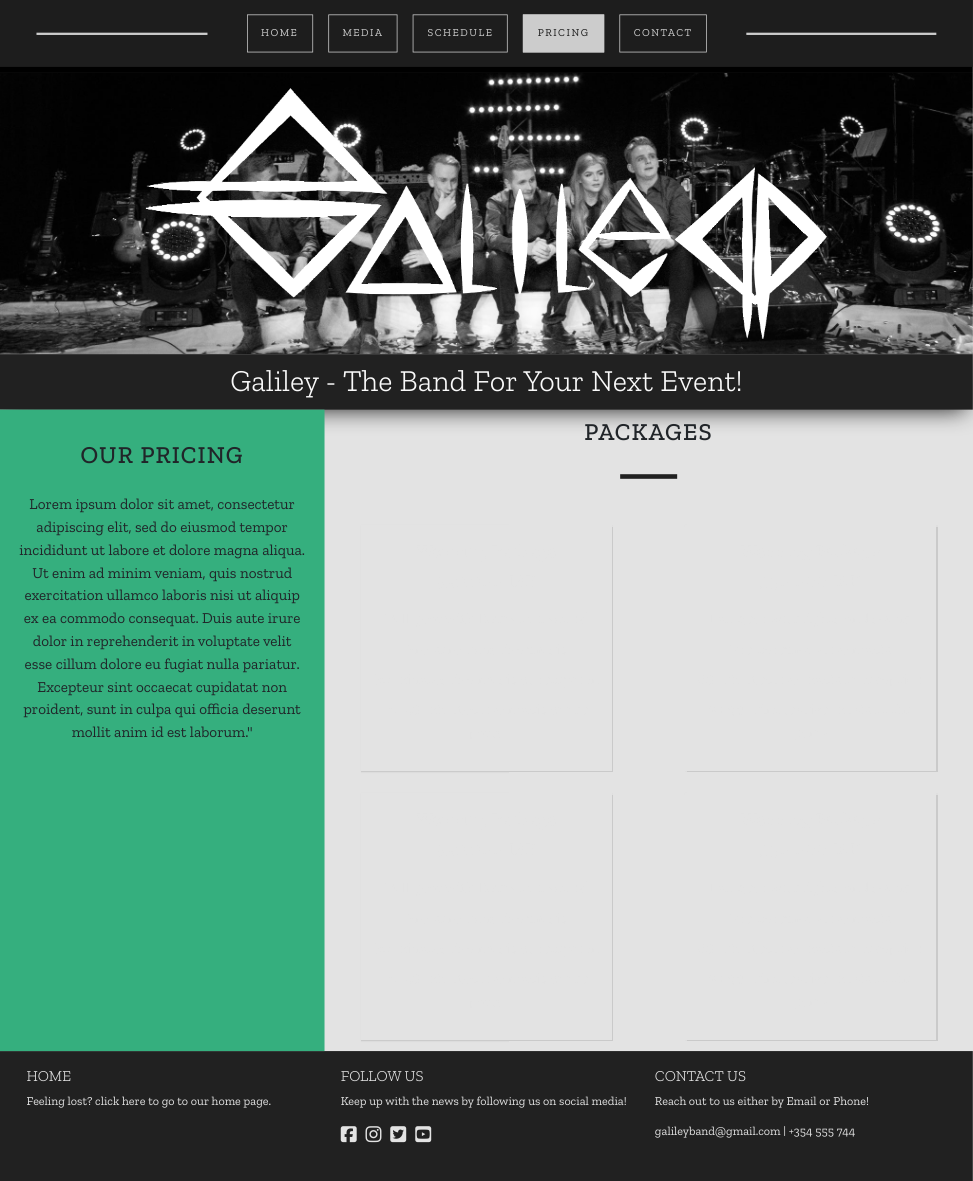
Repository: HeimirDavid/Galiley-Website
Page: pricing.html
The author's editor kept a record of every edit. The page is drawn from the files as they stood at one moment, then again after the next edit.
The browser window is 1280 px wide. The pictures show the whole page, at 76% of full size.
Some web libraries are served in a nearby version.

Above is the page before.

### pricing.html
<!DOCTYPE html>
<html lang="en">

<head>
    <meta charset="UTF-8">
    <meta name="viewport" content="width=device-width, initial-scale=1.0">
    <meta http-equiv="X-UA-Compatible" content="ie=edge">

    <link rel="stylesheet" href="https://stackpath.bootstrapcdn.com/bootstrap/4.3.1/css/bootstrap.min.css" integrity="sha384-ggOyR0iXCbMQv3Xipma34MD+dH/1fQ784/j6cY/iJTQUOhcWr7x9JvoRxT2MZw1T" crossorigin="anonymous">
    <link rel="stylesheet" href="https://cdnjs.cloudflare.com/ajax/libs/hover.css/2.3.1/css/hover-min.css" type="text/css" />
    <link rel="stylesheet" href="assets/css/style.css" type="text/css" />

    <script src="https://code.jquery.com/jquery-3.3.1.slim.min.js" integrity="sha384-q8i/X+965DzO0rT7abK41JStQIAqVgRVzpbzo5smXKp4YfRvH+8abtTE1Pi6jizo" crossorigin="anonymous"></script>
    <script src="https://cdnjs.cloudflare.com/ajax/libs/popper.js/1.14.7/umd/popper.min.js" integrity="sha384-UO2eT0CpHqdSJQ6hJty5KVphtPhzWj9WO1clHTMGa3JDZwrnQq4sF86dIHNDz0W1" crossorigin="anonymous"></script>
    <script src="https://stackpath.bootstrapcdn.com/bootstrap/4.3.1/js/bootstrap.min.js" integrity="sha384-JjSmVgyd0p3pXB1rRibZUAYoIIy6OrQ6VrjIEaFf/nJGzIxFDsf4x0xIM+B07jRM" crossorigin="anonymous"></script>
    <script src="https://kit.fontawesome.com/2ea8c5e5d2.js" crossorigin="anonymous"></script>

    <title>Galiley</title>
</head>

<body>
    <header>
        <!------ Header Navigation Menu, Mainly written with bootstrap  ------>
        <div class="row no-gutters">
            <div class="col black-container">
                <nav class="navbar fixed-top navbar-expand-md navbar-dark bg-dark" id="navbar-black-color"> <!-- Navbar position with help of this  -->
                    <a class="navbar-brand" href="index.html">Galiley - Home</a>                            <!-- tutorial: https://www.youtube.com/watch?v=NzjU1GmKosQ&t=90s  -->
                    <button class="navbar-toggler" type="button" data-toggle="collapse" data-target="#navbarSupportedContent" aria-controls="navbarSupportedContent" aria-expanded="false" aria-label="Toggle navigation">
                    <span class="navbar-toggler-icon"></span></button>
                    <div class="collapse navbar-collapse" id="navbarSupportedContent">
                        <ul class="navbar-nav m-auto">
                            <li class="nav-item menuitem">
                                <a class="nav-link" href="index.html"><span>Home</span></a>
                            </li>
                            <li class="nav-item menuitem">
                                <a class="nav-link" href="media.html"><span>Media</span></a>
                            </li>
                            <li class="nav-item menuitem">
                                <a class="nav-link" href="schedule.html"><span>Schedule</span></a>
                            </li>
                            <li class="nav-item menuitem active-item">
                                <a class="nav-link" href="pricing.html"><span>Pricing</span></a>
                            </li>
                            <li class="nav-item menuitem">
                                <a class="nav-link" href="contact.html"><span>Contact</span></a>
                            </li>
                        </ul>
                    </div>
                </nav>
            </div>
        </div>

        <!------ Header Logo Image ------>
        <div class="logo-container">
            <div class="row no-gutters">
                <div class="col header-background-img">
                    <a href="#">
                    <img class="logo-white" src="assets/images/galiley_vit.png">
                </a>
                </div>
            </div>
        </div>

        <!------ Header Text  ------>
        <div class="row no-gutters">
            <div class="col h1-heading">
                <h1>Galiley - The Band For Your Next Event!</h1>
            </div>
        </div>
    </header>

    <section class="container-fluid">
        <div class="row no-gutters">
            <div class="col-md-4">
                <div class="col-12 green-color text-center pricing-col">
                    <h2 class="header-h2 uppercase">Our Pricing</h2>
                    <p class="p-text">Lorem ipsum dolor sit amet, consectetur adipiscing elit, sed do eiusmod tempor incididunt
                    ut labore et dolore magna aliqua. Ut enim ad minim veniam, quis nostrud exercitation ullamco
                    laboris nisi ut aliquip ex ea commodo consequat. Duis aute irure dolor in reprehenderit in
                    voluptate velit esse cillum dolore eu fugiat nulla pariatur. Excepteur sint occaecat cupidatat
                    non proident, sunt in culpa qui officia deserunt mollit anim id est laborum."</p>
                </div>
            </div>
            <div class="col-md-8">
                <div class="row">
                    <div class="col text-center">
                        <h2 class="header-h2 uppercase">Packages</h2>
                        <hr class="block-devider">
                    </div>
                </div>
                <div class="row package-row">
                    <div class="col-10 offset-1 offset-sm-0 col-sm-4 col-md-6 d-flex justify-content-center">
                        <div class="col-10 text-center p-text package-cards">
                            <h4 class="header-h4">Wedding Package</h4>
                            <h5 class="header-h5">350.000 ISK</h5>
                            <ul>
                                <li>Full gear with lights and sound</li>
                                <li>Pre-ceremony live music</li>
                                <li>60 minutes live music at reception</li>
                                <li>2x 90 minutes live music at the party</li>
                            </ul>
                        </div>
                    </div>
                    <div class="col-10 offset-1 offset-sm-0 col-sm-4 col-md-6 d-flex justify-content-center">
                        <div class="col-10 text-center p-text package-cards">
                            <h4 class="header-h4">Wedding Package</h4>
                            <h5 class="header-h5">350.000 ISK</h5>
                            <ul>
                                <li>Full gear with lights and sound</li>
                                <li>Pre-ceremony live music</li>
                                <li>60 minutes live music at reception</li>
                                <li>2x 90 minutes live music at the party</li>
                            </ul>
                        </div>
                    </div>
                    <div class="col-10 offset-1 offset-sm-0 col-sm-4 col-md-6 d-flex justify-content-center">
                        <div class="col-10 text-center p-text package-cards">
                            <h4 class="header-h4">Wedding Package</h4>
                            <h5 class="header-h5">350.000 ISK</h5>
                            <ul>
                                <li>Full gear with lights and sound</li>
                                <li>Pre-ceremony live music</li>
                                <li>60 minutes live music at reception</li>
                                <li>2x 90 minutes live music at the party</li>
                            </ul>
                        </div>
                    </div>
                    <div class="col-10 offset-1 offset-sm-0 col-sm-4 col-md-6 d-flex justify-content-center">
                        <div class="col-10 text-center p-text package-cards">
                            <h4 class="header-h4">Wedding Package</h4>
                            <h5 class="header-h5">350.000 ISK</h5>
                            <ul>
                                <li>Full gear with lights and sound</li>
                                <li>Pre-ceremony live music</li>
                                <li>60 minutes live music at reception</li>
                                <li>2x 90 minutes live music at the party</li>
                            </ul>
                        </div>
                    </div>
                </div>
            </div>
        </div>
    </section>

    <footer>        <!------ Footer section, Mainly structured and written with the help from CI tutorials from the Resume-Project.
                             Since i liked the design and strucure and felt that it fits well within this project. ------>
        <div class="container-fluid">
            <div class="row" id="footer-details">
                <div class="col-sm-4">
                    <h5 class="uppercase footer-heading">
                        <a href="index.html" class="footer-links">Home</a>
                    </h5>
                    <p class="inline-block">Feeling lost? click here to go to our home page.</p>
                </div>

                <div class="col-sm-4">
                    <h5 class="uppercase footer-heading">Follow Us</h5>
                    <p class="inline-block">Keep up with the news by following us on social media!</p>
                    <ul class="list-inline social-media-links">
                        <li class="list-inline-item">
                            <a class="footer-links" target="_blank" href="https://www.facebook.com/GalileyBand/">
                                <i class="fab fa-facebook-square"></i>
                                <span class="sr-only">Facebook</span>
                            </a>
                        </li>
                        <li class="list-inline-item">
                            <a class="footer-links" target="_blank" href="#">
                                <i class="fab fa-instagram"></i>
                                <span class="sr-only">Instagram</span>
                            </a>
                        </li>
                        <li class="list-inline-item">
                            <a class="footer-links" target="_blank" href="#">
                                <i class="fab fa-twitter-square"></i>
                                <span class="sr-only">Twitter</span>
                            </a>
                        </li>
                        <li class="list-inline-item">
                            <a class="footer-links" target="_blank" href="#">
                                <i class="fab fa-youtube-square"></i>
                                <span class="sr-only">Youtube</span>
                            </a>
                        </li>
                    </ul>
                </div>

                <div class="col-sm-4">
                    <h5 class="uppercase footer-heading">Contact Us</h5>
                    <p class="inline-block">Reach out to us either by Email or Phone!</p>
                    <p>galileyband@gmail.com | +354 555 744</p>
                </div>
            </div>
        </div>
    </footer>
</body>

</html>

### assets/css/style.css
@import url('https://fonts.googleapis.com/css?family=Zilla+Slab:300,400,500,600,700&display=swap');

html {
    scroll-behavior: smooth;
}

body {
    font-family: 'Zilla Slab', serif;
    background-color: #e3e3e3;
    overflow-x: hidden;
}

/*--------------------------------- Colour */

.green-color {
    background-color: #35af7e;
}

.grey-color {
    background-color: #c5c5c5;
}

.grey-blue {
    background-color: #76809a;
}
/*------------------------------- Special padding/margins/text */

h1, h2, h3, h4, h5 {
    margin: 0;
}

.uppercase {
    text-transform: uppercase;
}

.inline-block {
    display: inline-block;
}

.block-devider {
    width: 75px;
    height: 5px;
    background-color: #212121;
}

.block-devider-white {
    width: 75px;
    height: 5px;
    background-color: #e3e3e3;
}

.text-center {
    text-align: center;
}

.item-center {
    item-align: center;
}

.gotop-col {
    padding: 20px;
}

.gotopbtn {
    text-align: center;
    text-decoration: none;
    color: #212121;
    font-size: 1.5em;
    margin: 20px 20px;
    transition: ease-in-out 0.3s;
    -moz-transition: ease-in-out 0.3s;
    -webkit-transition: ease-in-out 0.3s;
    -o-transition: ease-in-out 0.3s;
}

.gotopbtn:hover {
    color: #a5a5a5;
    text-decoration: none;
}

.container-fluid {
    padding: 0;
}

.row {
    margin-right: 0;
    margin-left: 0;
}

/*--------------------------------- Headings text styles */

.header-h2 {
    font-weight: 500;
    padding: 10px 10px 20px 10px;
    letter-spacing: 1.5px;
}

.header-h3

.header-h4 {
    font-weight: 400;
    letter-spacing: 0.8px;
    font-size: 28px;
    padding: 10px;
}

.header-h5 {
    font-weight: 400;
    font-size: 24px;
    letter-spacing: 0.8px;
    padding: 10px;
}

/*--------------------------------- Navbar/Menu */

.navbar {
    opacity: 0.9;
    text-align: center;
    padding-bottom: 1.2em;
}

.menuitem {
    height: 50px;
    text-align: center;
    padding-left: 10px;
    padding-right: 10px;
    margin: 0px 10px 0px 10px;
    border: 1px solid #e3e3e3;
    transition: ease-in-out 0.3s;
    -moz-transition: ease-in-out 0.3s;
    -webkit-transition: ease-in-out 0.3s;
    -o-transition: ease-in-out 0.3s;
}

.menuitem a {
    width: 100%;
    text-decoration: none;
    color: #e3e3e3;
}

.menuitem a i {
    padding-top: 22px;
    display: block;
    color: #e3e3e3;
    font-size: 26px;
}

.menuitem span {
    display: block;
    width: 100%;
    padding-top: 5px;
    text-align: center;
    text-transform: uppercase;
    font-size: 14px;
    font-weight: 400;
    letter-spacing: 2px;
    transition: ease-in-out 0.3s;
    -moz-transition: ease-in-out 0.3s;
    -webkit-transition: ease-in-out 0.3s;
    -o-transition: ease-in-out 0.3s;
    color: #e3e3e3;

}

.menuitem:hover {
    background-color: #e3e3e3;
}

.menuitem:hover.menuitem span {
    color: #212121;
}

.navbar::before,     /* Before and After used from inspiration of this tutorial: https://www.youtube.com/watch?v=zGiirUiWslI   */
.navbar::after {
    content: "";
    margin-left: 2em;
    margin-right: 2em;
    width: 18%;
    height: 0.2em;
    background-color: #e3e3e3;
}

.navbar-nav .active-item span {
    color: #212121;
}

.navbar-nav .active-item {
    background-color: #e3e3e3;
}

.navbar::after {
    width: 20%;
}

.fixed-top {
    padding-top: 1.2em;
}

.navbar-brand {
    display: none;
}

#navbar-black-color {
    background-color: #212121!important;
}




/*--------------------------------- Header */

.black-container {
    position: relative;
    top: 0;
    left: 0;
    width: 100%;
    height:6em;
    background-color: #000;
}

.h1-heading {
    color: #fafafa;
    padding: 10px 0px 15px 0px;
    text-align: center;
    background-color: #212121;
    box-shadow: 0px 10px 30px -10px #212121;
}

.h1-heading h1 {
    font-weight: 300;
}

.header-background-img {
    display: block;
    background-image: url("../images/galiley_diddi.jpg");
    padding: 20px;
    background-size: cover;
}

/*
.logo-container {
    margin-top: 7%;
}
*/

.logo-white {
    opacity: 1.9;
    display: block;
    margin-left: auto;
    margin-right: auto;
    width: 70%;
}

/*--------------------------------- Footer */

footer {
    background-color: #212121;
    color: #e3e3e3;
    min-height: 100px;
    margin: 0;
}

.footer-heading {
    font-weight: 300;
    text-decoration: none;
    margin-bottom: 10px;
}

.footer-heading a {
    transition: ease-in-out 0.3s;
    -moz-transition: ease-in-out 0.3s;
    -webkit-transition: ease-in-out 0.3s;
    -o-transition: ease-in-out 0.3s;
}

.footer-heading a:hover {
    color: #a5a5a5;
    text-decoration: none;
}

.footer-links {
    color: #e3e3e3;
}

.social-media-links {
    padding-bottom: 10px;
}

.social-media-links li a i {
    font-size: x-large;
    padding: 10px 0px;
    line-height: 10px;
    transition: ease-in-out 0.3s;
    -moz-transition: ease-in-out 0.3s;
    -webkit-transition: ease-in-out 0.3s;
    -o-transition: ease-in-out 0.3s;
}

.social-media-links li a i:hover {
    color: #35af7e;
}

#footer-details {
    padding: 20px;
}

/*--------------------------------- About - Section / What we offer - Section */

.about-offer-row {
    padding: 20px 0px;
}

.p-text {
    font-size: 20px;
    padding: 10px 10px 20px 10px;
}

.about-row {
    padding: 60px 10px 20px 10px;
}

.offer-card {
    background-color: #212121;
    color: #e3e3e3;
    padding: 20px;
    margin-bottom: 45px;
    box-shadow: 3px 3px 15px 0px #000;
    opacity: 0.9;
}

/*--------------------------------- Reviews - section */

.review-header {
    background-color: #212121;
    color: #fafafa;
    padding: 10px 0px 15px 0px;
    text-align: center;
    box-shadow: 0px 1px 10px 1px #212121;
}

.review-header h2 {
    font-weight: 300;
}

.review-cards {
    background-color: #212121;
    color: #e3e3e3;
    opacity: 0.9;
    max-width: 250px;
    padding: 20px;
    margin: 30px;
    margin-right: auto;
    margin-left: auto;
    text-align: center;
    border-radius: 10px;
    box-shadow: 5px 5px 15px 0px #212121;
}

.cards-header {
    font-weight: 300;
    letter-spacing: 0.8px;
    margin-bottom: 15px;
}

.review-p {
    font-size: 18px;
    font-weight: 200;
    letter-spacing: 0.8px;
}

/*--------------------------------- Setlist Section / Video Section */

.spotify-header-row {
    background-color: #35af7e;
}

.media-header {
    padding: 20px;
    font-weight: 300;
    font-size: 38px;
}

.spotify-row {
    margin-bottom: 40px;
}

.setlist-header-col {
    color: #000;
    padding: 30px;
}

.media-h4 {
    font-weight: 300;
    font-size: 30px;
    padding: 10px;
}

.media-p {
    font-size: 22px;
    font-weight: 300;
}

.spotify-col {
    color: #e3e3e3;
    background-color: rgba(0, 0, 0, 0.5);
    margin: auto;
    margin-top: 20px;
    padding: 20px 10px 0px 10px;
    max-width: 300px;
    border-radius: 12px;
    border-radius: 10px;
    box-shadow: 5px 5px 15px 0px #212121;
}

.spotify-col::before {
    content: "";
    top: 0;
    left: 0;
    background-color: #212121;
    height: 100px;
    width: 1em;
}

.spotify-player {
    opacity: .96;
}

.video-header-col {
    background-color: #212121;
    color: #e3e3e3;
    padding: 20px 0px;
    box-shadow: 0px 10px 30px -10px #212121;
}

.youtube-col {
    padding: 10px;
}

.youtube-container {  /*   Code copied to make youtube player responsive. Source: https://avexdesigns.com/responsive-youtube-embed/    */
position: relative;
padding-bottom: 56.25%;
padding-top: 30px; height: 0; overflow: hidden;
}

.youtube-container iframe,
.youtube-container object,
.youtube-container embed {
position: absolute;
top: 0;
left: 0;
width: 100%;
height: 100%;
}

/*--------------------------------- Pricing */

.pricing-col {
    padding-top: 30px;
    height: 100%;
}

.package-header-row {
    padding-top: 30px;
    color: #e3e3e3;
}

.package-row {
    padding-top: 30px;
    color: #e3e3e3;
}

.package-cards {
    box-shadow: 1px 1px 1px 1px #cacaca;
    padding: 20px 10px;
    margin-top: 15px;
    margin-bottom: 15px;
}

.package-cards ul {
    list-style: none;
    padding:0;
}

.package-cards ul li {
        margin: 10px 0px;
}
/*--------------------------------- Media Queries */

@media (max-width: 767px) {
    .navbar::before,
    .navbar::after {
        display: none;
    }

    .navbar-brand {
        display: block;
    }

    .fixed-top {
        padding: 1em;
    }

    .reviews-container {
        background-color: #e3e3e3;
    }

    .reviews-container {
        background: #e3e3e3;
    }
}

@media (min-width: 767px) {

    /* Images use and fixed image website layout inspiried by this tutorial: https://www.youtube.com/watch?v=PWoOpJtkyjI */
    #about-image { /* Image from unsplash taken by Luca Baggio */
        background-image: url("../images/about-background.jpg");
        background-attachment: fixed;
        background-size: cover;
        height: 120vh;
        width: 100%;
    }

    #spotify-background-img {
        background-image: url("../images/spotify-background-img.jpg");
        background-attachment: fixed;
        background-size: cover;
        height: 120vh;
        width: 100%;
    }

    #offer-image {
        background-image: url("../images/galiley-offer.jpg");
        background-attachment: scroll;
        background-size: cover;
        height: 100%;
        width: 100%;
        box-shadow: 0px -3px 7px 0px;
    }

    #packages-img {
        background-image: url("../images/packages-img.jpg");
        background-attachment: scroll;
        background-size: cover;
        height: 100%;
        width: 100%;
    }

    .green-black-img {
        background-image: url("../images/setlist-background.png");
        background-attachment: fixed;
        background-size: cover;
        box-shadow: 0px -3px 7px 0px;
    }

    .about-offer-row {
    padding: 60px 10px 20px 10px;
    }

    .youtube-row {
        padding-top: 50px;
    }

    .youtube-col {
        padding: 10px 100px;
    }
}

@media (min-width: 767px) and (max-width: 1000px) {
    #about-image {
        background-image: url("../images/about-background.jpg");
        background-attachment: fixed;
        background-size: cover;
        height: 200vh;
        width: 100%;
    }

        #spotify-background-img {
        background-image: url("../images/spotify-background-img.jpg");
        background-attachment: fixed;
        background-size: cover;
        height: 250vh;
        width: 100%;
    }
}

@media (max-width: 576px) {
    /* To get rid of padding and margin to link up "Offer section" and "reviews section" in mobile view */
    .about-offer-row {
    padding-top: 20px;
    }

    .offer-card {
        margin: 0;
    }
}

After the next edit:
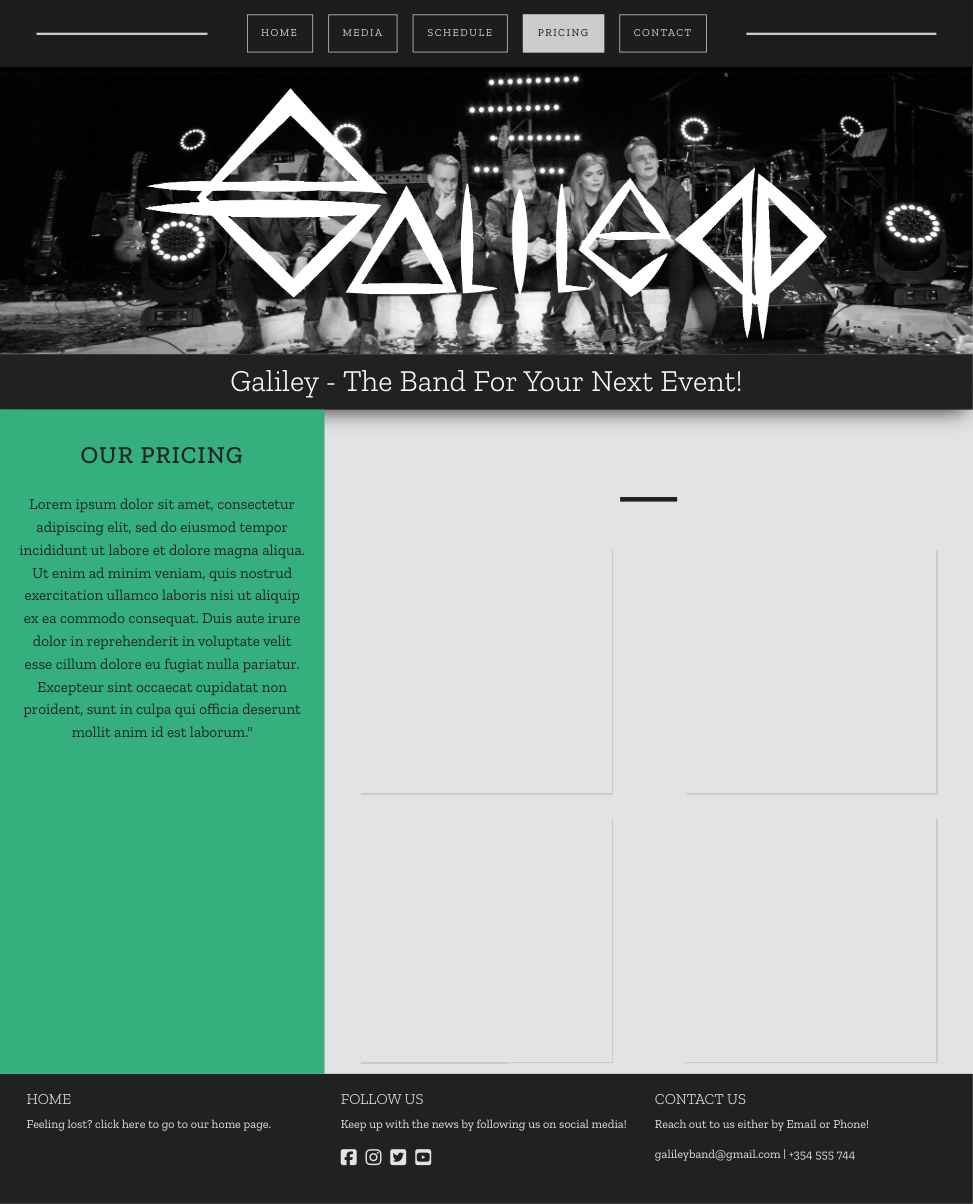
The edit:
--- a/pricing.html
+++ b/pricing.html
@@ -82,7 +82,7 @@
                 </div>
             </div>
             <div class="col-md-8">
-                <div class="row">
+                <div class="row package-header-row">
                     <div class="col text-center">
                         <h2 class="header-h2 uppercase">Packages</h2>
                         <hr class="block-devider">
